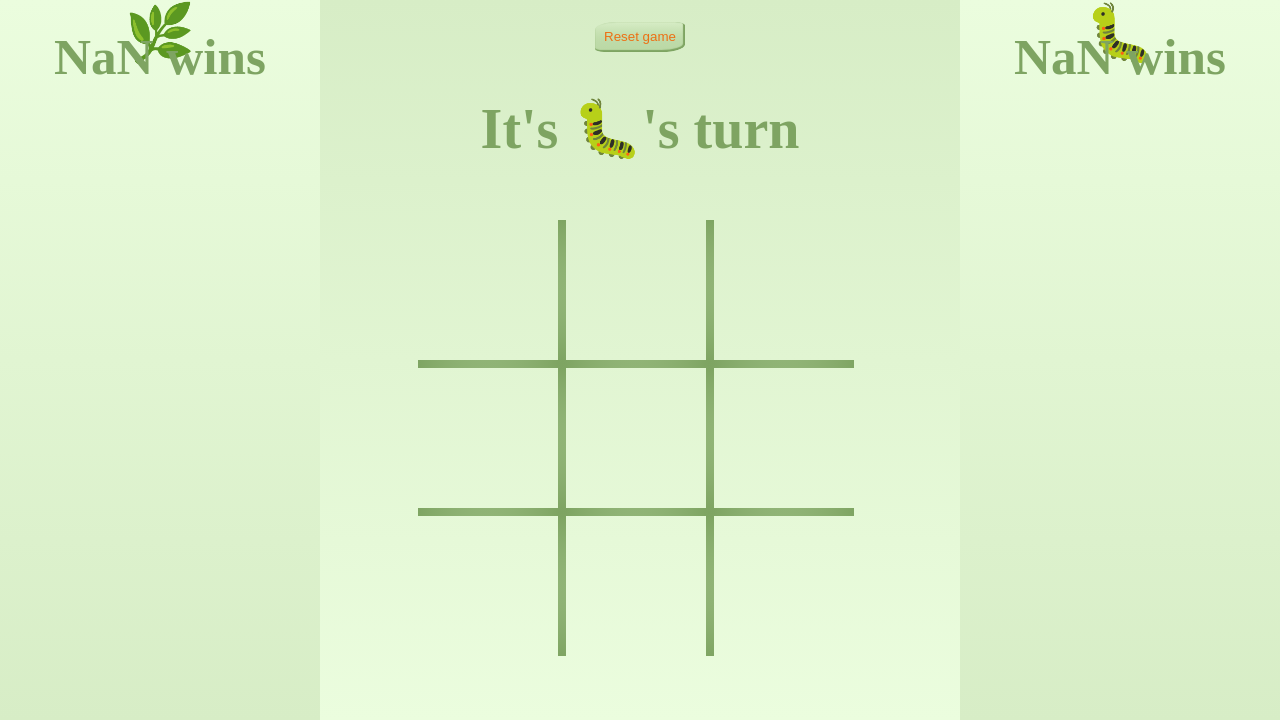
Repository: AsherSpurr/tic-tac-toe
Page: index.html
These files come from the project's save history. The page is drawn as it stood at one moment and after the next save; the edit follows.
The browser window is 1280 px wide. The pictures show the whole page.
Some web fonts or font styles are not loaded; a fallback is used.

Above is the page before, as saved 2024-01-14 13:51:37.

### index.html
<!DOCTYPE html>
<html lang="en">
<head>
    <meta charset="UTF-8">
    <meta name="viewport" content="width=device-width, initial-scale=1.0">
    <link rel="stylesheet" type="text/css" href="styles.css">
    <link rel="preconnect" href="https://fonts.googleapis.com">
    <link rel="preconnect" href="https://fonts.gstatic.com" crossorigin>
    <link href="https://fonts.googleapis.com/css2?family=Bad+Script&family=Poppins:wght@300&display=swap" rel="stylesheet">
    <title>Two player tic tac toe</title>
</head>
<body">
    <section class="column" id="left-column">
        <article class="player-box" id="player1">
            <h3 class="player" id="player1-icon">🌿</h3>
            <h4 class="wins" id="player1-wins"></h4>
        </article>
    </section>
    <section class="game-play">
        <div class="reset-container">
            <button class="reset-button">Reset game</button>
        </div>
        <h1 class="welcome-message">✨Tic Tac Toe✨</h1>
        <h2 class="turns hidden">It's 🐛's turn</h2>
        <section class="gameboard-container">
            <div class="cell" id="cell1"></div>
            <div class="cell" id="cell2"></div>
            <div class="cell" id="cell3"></div>
            <div class="cell" id="cell4"></div>
            <div class="cell" id="cell5"></div>
            <div class="cell" id="cell6"></div>
            <div class="cell" id="cell7"></div>
            <div class="cell" id="cell8"></div>
            <div class="cell" id="cell9"></div>
        </section>
    </section>
    <section class="column" id="right-column">
        <article class="player-box" id="player2">
            <h3 class="player" id="player2-icon">🐛</h3>
            <h4 class="wins" id="player2-wins"></h4>
        </article>
    </section>
</body>
    <script type="text/javascript" src="main.js"></script>
</html>

### styles.css
body {
    height: 100%;
    width: 100%;
    margin: 0;
    font-family: 'Bad Script';
    color: #7ea462;
}

.column {
    background-image: linear-gradient(#ebfdde, #d7edc6);
    height: 100vh;
    width: 25vw;
}

#left-column {
    float: left;
}

#right-column {
    float: right;
}

.game-play {
    background-image: linear-gradient(#d7edc6, #ebfdde);
    height: 100vh;
    width: 50vw;
    float: inline-start;
    display: flex;
    align-items: center;
    flex-direction: column;
    justify-content: space-around;
}

.gameboard-container {
    display: flex;
    flex-wrap: wrap;
    width: 444px;
    height: 366px;
    margin-bottom: 8em;
}

.cell {
    display: flex;
    justify-content: center;
    align-items: center;
    background-color: transparent;
    border-style: solid;
    border-width: 4px;
    border-image: radial-gradient(#bad8a4, #7ea462) 1;
    height: 140px;
    width: 140px;
    font-size: 80px;
}

.player-box {
    display: flex;
    align-items: center;
    flex-direction: column;
    margin: 0;
}

.player {
    font-size: 350%;
    margin: 0;
    margin-bottom: -.70em;
}

.wins {
    font-size: 320%;
    margin: 0;
}

.welcome-message,
.turns {
    font-size: 350%;
    max-height: 20vh;
    margin-top: 5%;
}

.reset-container {
    display: flex;
    align-items: end;
    margin-top: 1em;

}

.reset-button {
    color: #ed7014;
    height: 30px;
    width: 90px;
    border-radius: 25% 10%;
    border: 1px transparent;
    background-image: linear-gradient(0deg, #bad8a4, 70%, #d7edc6);
    box-shadow: inset -1px -1px 1px 1px #7ea462;
}

.cell:nth-child(1) {
    border-top: transparent;
    border-left: transparent;
}


.cell:nth-child(2) {
    border-top: transparent;
}


.cell:nth-child(3) {
    border-top: transparent;
    border-right: transparent;
}


.cell:nth-child(4) {
    border-left: transparent;
}


.cell:nth-child(6) {
    border-right: transparent;
}


.cell:nth-child(7) {
    border-left: transparent;
    border-bottom: transparent;
}


.cell:nth-child(8) {
    border-bottom: transparent;
}


.cell:nth-child(9) {
    border-bottom: transparent;
    border-right: transparent;
}


.hidden {
    display: none;
}

### main.js
var players = [
    {
        name: 'player1',
        icon: '🌿',
        isTurn: false,
        hasWon: false,
        plays: [],
        wins: 0
    },
    {
        name: 'player2',
        icon: '🐛',
        isTurn: true,
        hasWon: false,
        plays: [],
        wins: 0
    }
]

var winningCombos = [
    ['cell1', 'cell2', 'cell3'],
    ['cell4', 'cell5', 'cell6'],
    ['cell7', 'cell8', 'cell9'],
    ['cell1', 'cell4', 'cell7'],
    ['cell2', 'cell5', 'cell8'],
    ['cell3', 'cell6', 'cell9'],
    ['cell1', 'cell5', 'cell9'],
    ['cell3', 'cell5', 'cell7'],
]

var welcomeMessage = document.querySelector('.welcome-message')
var turns = document.querySelector('.turns')
var gameBoard = document.querySelector('.gameboard-container')
var winsPlayer1 = document.getElementById('player1-wins')
var winsPlayer2 = document.getElementById('player2-wins')

window.addEventListener('load', refreshWins)

gameBoard.addEventListener('click', (event) => {
    checkforPlay(event)
});

setTimeout(replaceDisplayMessage, 1500)

function replaceDisplayMessage() {
    turns.classList.remove('hidden')
    welcomeMessage.classList.add('hidden')
}

function checkforPlay(event) {
    localStorage.setItem('wins0', players[0].wins)
    localStorage.setItem('wins1', players[1].wins)
    var event = event.target.closest('div')
    for (var i = 0; i < players.length; i++) {
        if (players[0].hasWon === true || players[1].hasWon === true) {
            break
        }
        if (players[i].isTurn === true && event.innerText === '') {
            renderCellIcon(event, players[i])
            trackPlay(event, players[i])
            changeTurn()
            trackWins(players[i])
        }
    }
}

function renderCellIcon(event, player) {
    event.innerText = `${player.icon}`
}

function trackPlay(event, player) {
    player.plays.push(event.id)
}

function changeTurn() {
    for (var i = 0; i < players.length; i++) {
        players[i].isTurn = !players[i].isTurn
        renderTurnIcon()
    }
}

function renderTurnIcon() {
    for (var i = 0; i < players.length; i++) {
        if (players[i].isTurn === true) {
            turns.innerText = `It's ${players[i].icon}'s turn`
        }
    }
}

function trackWins(player) {
    for (var i = 0; i < winningCombos.length; i++) {
        counter = 0;
        for (var j = 0; j < player.plays.length; j++) {
            if (winningCombos[i].includes(player.plays[j])) {
                counter++
            }
            if (counter === 3) {
                player.hasWon = true
                player.wins++
                updateLocalData()
                renderWinner(player)
                renderWins(player)
                setTimeout(reloadGameboard, 1500)
            }
        }
    }
    isDraw(player)
}

function updateLocalData() {
    for(var i = 0; i < players.length; i++) {
        if(players[i].name === 'player1') {
            localStorage.setItem('wins0', players[i].wins)
        }
        else {
            localStorage.setItem('wins1', players[i].wins)
        }
    }
    refreshWins()
}

function refreshWins() {
    var wins0 = parseInt(localStorage.getItem('wins0'))
    var wins1 = parseInt(localStorage.getItem('wins1'))

    players[0].wins = wins0
    players[1].wins = wins1

    renderWins(players[0])
    renderWins(players[1])
}

function isDraw(player) {
    if (player.plays.length === 5 && !player.hasWon) {
        declareDraw()
        setTimeout(reloadGameboard, 1500)
    }
}

function renderWinner(player) {
    turns.innerText = `${player.icon} won!`
}

function declareDraw() {
    turns.innerText = `Draw!`
}

function reloadGameboard() {
    for (var i = 0; i < players.length; i++) {
        if (players[i].hasWon === true || players[i].plays.length === 5) {
            for (var child of gameBoard.children) {
                child.innerText = ""
            }
            resetInitialValues()
            renderTurnIcon()
        }

    }
}

function resetInitialValues() {
    for (var i = 0; i < players.length; i++) {
        players[i].hasWon = false
        players[i].plays.splice(0, players[i].plays.length)
    }
}

function renderWins(player) {
    if (player.name === 'player1') {
        winsPlayer1.innerText = `${players[0].wins} wins`
    }
    else {
        winsPlayer2.innerText = `${players[1].wins} wins`
    }
}

After the next save:
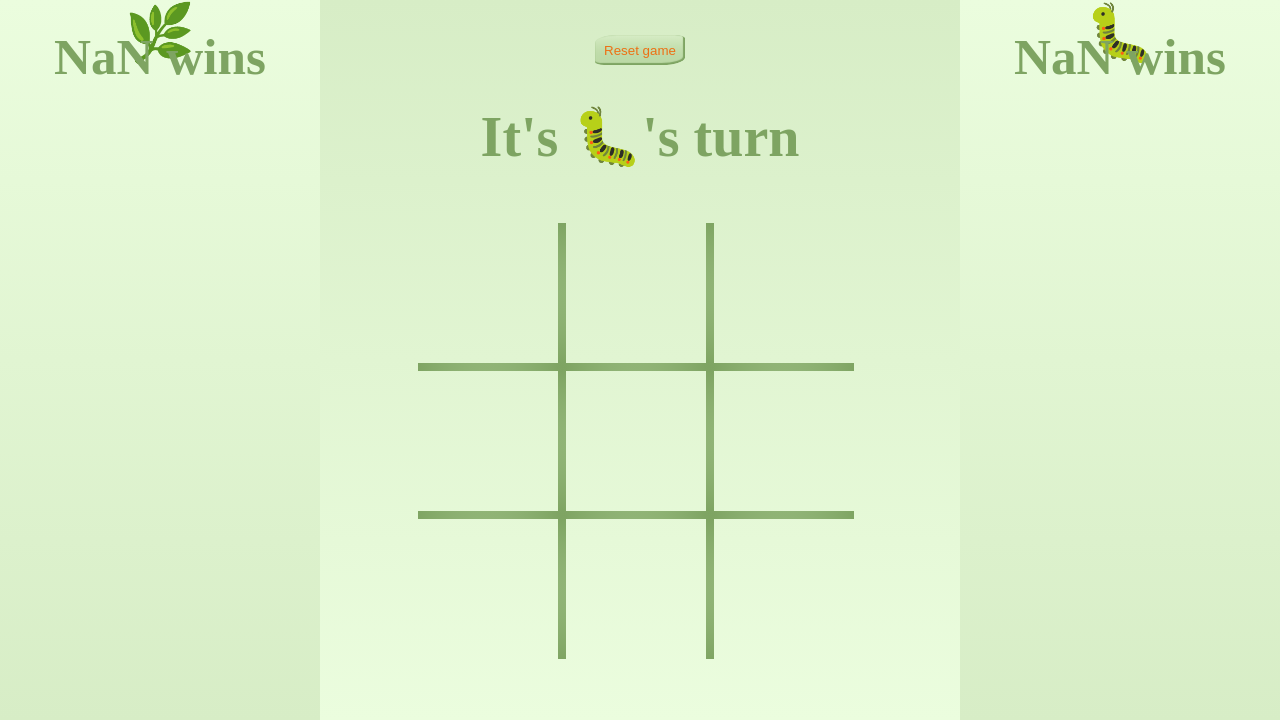
Saved 33 min 24 s later.
--- a/styles.css
+++ b/styles.css
@@ -80,7 +80,7 @@ body {
 .reset-container {
     display: flex;
     align-items: end;
-    margin-top: 1em;
+    margin-top: 2em;
 
 }
 
